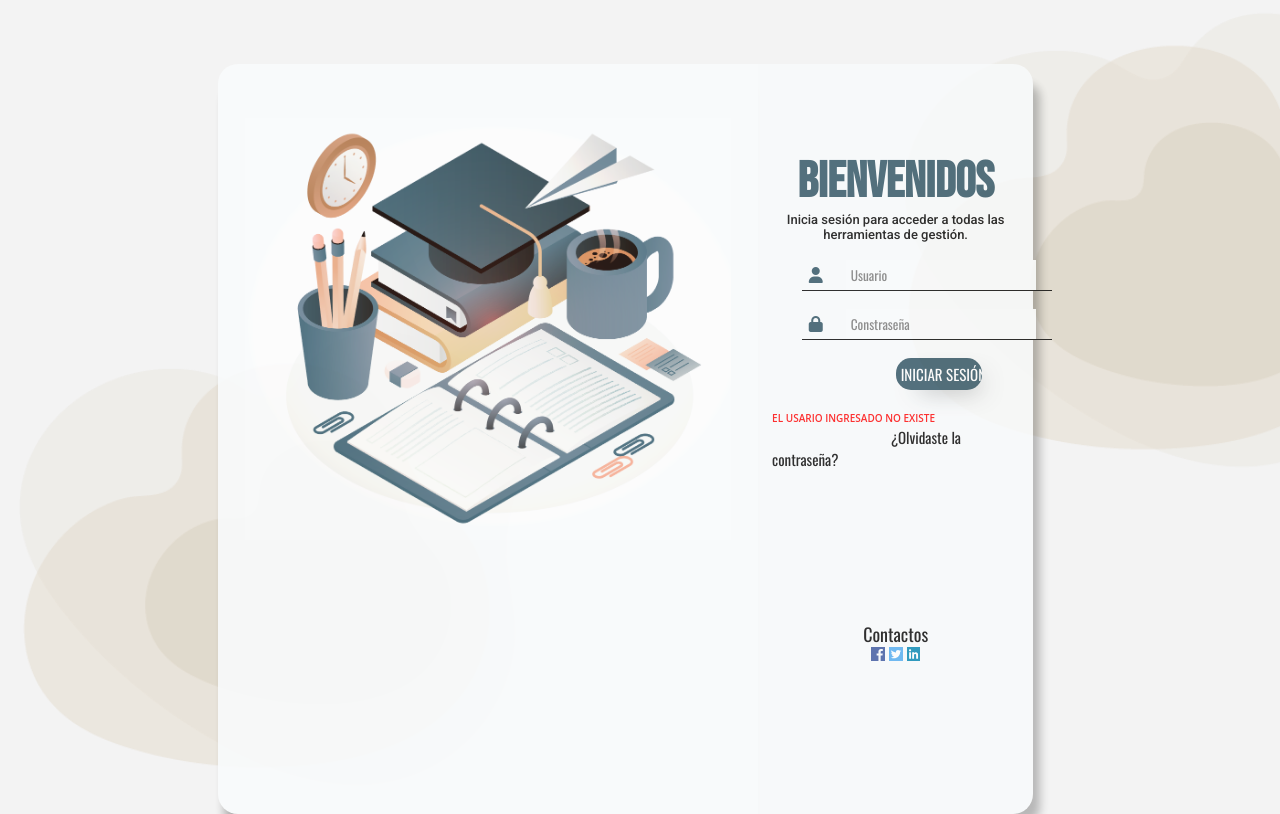
Repository: AlejandraBarrachina23/TPIntegrador_Barrachina_Java
Page: http://localhost/Alejandra_Barrachina_TP_Integrador1/login.jsp
An editor plug-in stored every save of this project. The page is shown before and after the next save, followed by the edit.
The browser window is 1280 px wide. The pictures show the whole page.
Some web fonts or font styles are not loaded; a fallback is used. Some web libraries are served in a nearby version. The page is served by Tomcat 9. Nobody is signed in. The application's start-up code is not run. Other server files are loaded and not shown.

Above is the page before, as saved 2019-12-05 17:15:33.

### Alejandra_Barrachina_TP_Integrador1/WebContent/login.jsp
<%@ page language="java" contentType="text/html; charset=ISO-8859-1"
    pageEncoding="ISO-8859-1"%>
 <%@page import="Dominio.Usuario"%>
<!DOCTYPE html>
<html>
<head>
<meta charset="ISO-8859-1">
<title>Sistema Universitario</title>
<link href="https://fonts.googleapis.com/css?family=Oswald:300,400&display=swap" rel="stylesheet">
<link href="https://fonts.googleapis.com/css?family=Staatliches&display=swap" rel="stylesheet">
<link href="https://fonts.googleapis.com/css?family=Fjalla+One&display=swap" rel="stylesheet">
<link href="https://fonts.googleapis.com/css?family=Bebas+Neue&display=swap" rel="stylesheet">
<link href="https://fonts.googleapis.com/css?family=Roboto:400,500&display=swap" rel="stylesheet">
<script src="https://kit.fontawesome.com/735f5623c2.js" crossorigin="anonymous"></script>
<link href="estilos.css" type="text/css" rel=stylesheet>
</head>
<body>
	<form id="form-login" method="post" action="serveletUsuario">
	<div id="form-login-left">
			<img src="img/fondo.png" alt="fondo-universidad">
		</div>
		<div id="form-login-right">
			<div id="login-informacion">
				<h1>Bienvenidos</h1>
				<p>Inicia sesión para acceder a todas las<br> herramientas de gestión.</p><br>
				<div class="text-box"><i class="fas fa-user"></i><input type="text" name="tboxUsuario" placeholder="Usuario" required></div><br>
				<div class="text-box"><i class="fas fa-lock"></i><input type="password" name="tboxContrasenia" placeholder="Constraseña" required></div><br>
				<input class="main-button" type="submit" name="btnLogin" value="INICIAR SESIÓN"><br><br>
				<label id="login-avisos">EL USARIO INGRESADO NO EXISTE</label>
				<a href="recuperacion.jsp">¿Olvidaste la contraseña?</a><br>
			</div>
			<div id="login-contacto">
				<p>Contactos</p>
				<a href="https://es-la.facebook.com/UTNRegionalPacheco/" target=_blank><img src="img/facebook.svg" class="iconos-redes" alt="logo-facebook"></a>
				<a href="https://twitter.com/utnfrgpprensa?lang=es" target=_blank><img src="img/twitter.svg" class="iconos-redes" alt="logo-facebook"></a>
				<a href="https://ar.linkedin.com/company/utn-frgp" target=_blank><img src="img/linkedin.svg" class="iconos-redes" alt="logo-facebook"></a>
			</div>
		</div>
	</form>
</body>
</html>

### Alejandra_Barrachina_TP_Integrador1/WebContent/estilos.css
@charset "ISO-8859-1";


* {
	padding:0px;
	margin:0px;
	border:0px;
}

body {
		background-color:#f3f3f3;
		background-image: url(iconos/fondo.png);
		background-repeat: no-repeat;
 		background-size: cover;

}


/*=============================================================
      FORMULARIO LOGIN
 ============================================================== */

 #error-404 {

 	background-color:#fff;
 	width:65;
 	height:750px;;
 	margin	: 5% 17%;
 	box-shadow: 0px 18px 10px -6px rgba(0,0,0,0.31);
 	text-align:center;
 	font-family: 'Francois One', sans-serif;
 	border-radius: 15px;

 }

 #error-404 a{

	color:black;

 }

  #error-404 img {

  width:70%;

  }

  #error-404 h2 {

  font-size:50px;
  }


  #login-avisos {

  	color:red;
  	text-align:center;
  }

 #form-login {

	width:65%;
 	margin	: 5% 17%;

}

#form-login-right, #form-login-left {


	height:750px;
	float:left;
	background-color:#F9FBFC;

}

#form-login-left {

	width:65%;
	border-top-left-radius: 20px;
	border-bottom-left-radius: 20px;
	box-shadow: 0px 18px 10px -6px rgba(0,0,0,0.31);
	opacity:0.9;
}

#form-login-left img {

	width:90%;
	padding	: 10% 5%;

}

#form-login-right {

	width:33%;
	border-top-right-radius: 20px;
	border-bottom-right-radius: 20px;
	box-shadow: 13px 14px 10px -6px rgba(0,0,0,0.31);
	opacity:0.8;

}


h1 {

		font-size:50px;
		font-family: 'Bebas Neue', cursive;
		color:#2C5060;
		margin-top:30%;
		text-align:center;
}

p, #form-login-right a {

	font-family: 'Roboto', sans-serif;
	font-weight: 500;
	font-size: 13px;
	color:black;
	text-align:center;
}

.text-box {

	border-bottom: 1px solid black;
	width:250px;
	text-align: center;
	margin-left:12%;
}

.text-box i {

	float:left;
	color: #2C5060;
	padding:7px;
}

#form-login-right [type="text"], #form-login-right [type="password"]{

	padding:5px;
	width:180px;
	border:none;
	outline:none;
	background-color:#FAFCFD;
	font-family: 'Oswald', sans-serif;

}

.main-button {

	background-color: #2C5060;
	color:white;
	width:35%;
	font-size:15px;
	border-style:none;
	padding:5px;
	border-radius: 15px;
	border: 0px solid #000000;
	box-shadow: 10px 10px 25px -13px rgba(0,0,0,0.75);
	font-family: 'Oswald', sans-serif;
	margin-left: 50%;

}

.main-button:hover {

	background-color: #1a6373;
}

.iconos-redes {

	width:5%;

}


#login-informacion {

	width:90%;
	padding:5%;

}


#login-informacion a{

	font-family: 'Oswald', sans-serif;
	font-size:15px;
	margin-left:48%;
}

#login-contacto{

	margin-top:50%;
	text-align:center;
}


#login-contacto p {

	font-size:18px;
	font-family: 'Oswald', sans-serif;

}

#login-recuperacion{

	padding-top:20%;
	text-align:center;

}

.restart-button{

	background-color: #2C5060;
	color:white;
	width:35%;
	font-size:15px;
	border-style:none;
	padding:5px;
	border-radius: 15px;
	border: 0px solid #000000;
	box-shadow: 10px 10px 25px -13px rgba(0,0,0,0.75);
	font-family: 'Oswald', sans-serif;

}

#form-advertencia {

	width:100%;
	text-align:center;
	margin-top:50%;
	color:#E16C78;
	font-family: 'Oswald', sans-serif;

}

.icono-advertencia{

	margin-top:15%;
	padding:2%;
	width:30%;
	margin: 0 auto;

}

#form-advertencia p {

	color:#E16C78;
	font-size: 15px;
}

.blue{

	color:#30A9E3;
}


 /*=======================
      FORMULARIO INDEX
 ========================= */

 .section-principal{

	float:left;
	height:1100px;
	width:90%;
	background-color:#f3f3f3;
	color:black;
	text-align:center;
	margin-left:10%;
}

.section-principal select {

	font-family: 'Oswald', sans-serif;
	border:1px solid black;
	margin:5px;
	padding:2px;
	color:black;
}

.section-principal input{

	width:15%;
	padding:5px;
	border:1px solid black;
	font-family: 'Oswald', sans-serif;
}

.section-principal label{

	font-size:18px;
	font-family: 'Oswald', sans-serif;

}

.section-principal a{

	color:black;

}


nav {

	background-color:#2C5060;
	font-family: 'Francois One', sans-serif;
	width:10%;
	height:950px;
	font-size:15px;
	float:left;
	position:fixed;

}

 ul {

	list-sytle: none;
	width:100%;
}

a {

	text-decoration:none;
	color:white;

}

li:hover {

	border-left: solid 4px #2896BC;
	background-color: #2F5866;
	transition: background-color 0.3s;
	transition: border 0.3s;

}

ul li {

	border-left: solid 4px #2C5060;
	font-family: 'Oswald', sans-serif;
	padding:15px;
	border-bottom: 1px solid #2D5C6D;


}

.icon{

	width:13%;
	padding-right:5px;

}


#icon-usuario{

	width:40%;
}

li .icon{

	float:left;

}


#user {

	width:100%;
	margin-top:40%;
	text-align:center;
	padding: 10% 0%;
	border-bottom: 1px solid #2D5C6D;

}

#user h2{

	color:#fff;

}

#user p, #header-user p {

	font-size:15px;
	color:#fff;
	padding:8px;
	font-family: 'Oswald', sans-serif;
}

 /*=======================
      FORMULARIO ALUMNOS
 ========================= */


#logo{

	width:30%;
	height:150px;
	border-bottom: 1px solid white;
	color:white;
	text-align:center;
	margin-top:30px;
}

#alumnos-principal {

	background-color:#fff;
	width:83%;
	margin-left: 200px;
	height:300px;
	box-shadow: 10px 10px 25px -13px rgba(0,0,0,0.75);

}

#form-agregar-usuario {

	background-color: white;
	width:95%;
	height:200px;
	margin:20px;
	padding:10px;
	box-shadow: 10px 10px 25px -13px rgba(0,0,0,0.75);
	display: none;


}

#form-listado-alumnos,#form-cursos,#form-listado-calificaciones {

	background-color: white;
	width:97%;
	height:970px;
	margin:20px;
	padding:10px;
	box-shadow: 10px 10px 25px -13px rgba(0,0,0,0.75);

}

#form-cursos{

	background-color:#f3f3f3;
	box-shadow: none;
}

#btn-flecha {

	background-image: url("iconos/flecha.png");
	background-repeat: no-repeat;
	width:25px;
	height:25px;
	background-color:#2C5060;
	border: 0;
	float:right;

}

.dato {

	float:left;
	margin: 10px;
	width:23%;


}

.dato input {

		width: 200px;
		background: #f3f3f3;
		font: inherit;
		box-shadow: 0 6px 10px 0 rgba(0, 0, 0 , .1);
		border: 0;
		outline: 0;
		padding: 8px;

}

.encabezados {

	background-color:#2C5060;
	color:white;
	padding:10px;
	margin:10px;
	font-family: 'Oswald', sans-serif;

}



h3 {

	display:inline;

}

label {

	color:#2C5060;
	font-family: 'Open Sans', sans-serif;
	font-weight: 600;
	font-size: 10px;
}

.flecha {

	float:right;
}

.content-table{

	border-collapse:collapse;
	margin:20px 10px;
	font-size:0.9em;
	width:99%;
	min-width:600px;
	box-shadow: 7px 9px 23px -13px rgba(0,0,0,0.93);
	font-family: 'Roboto', sans-serif;

}

.content-table-cursos{

	border-collapse:collapse;
	margin:20px 10px;
	font-size:0.9em;
	width:50%;
	min-width:600px;
	box-shadow: 7px 9px 23px -13px rgba(0,0,0,0.93);
	font-family: 'Roboto', sans-serif;
}

.content-table th, .content-table-cursos {

	background-color:#2C5060;
	color:white;
	font-weight: 600;
	padding:12px;



}

.content-table tr,
.content-table td {

	padding:5px 5px;

}

.content-table td {

	border-bottom: 1px solid #dddddd;

}

.content-table tr:nth-of-type(even) {

	background-color:#f3f3f3;

}

.content-table tr:last-of-type {

	border-bottom: 3px solid #2C5060;

}

.content-table-cursos .content-fileter{

	width:50%;

}

.content-filter {

	background-color:#f3f3f3;
	width:100%;
	text-align:center;
	padding:10px;


}

.pie-pagina{

	float:left;
	margin-top:20px;
	text-align:right;
	width:100%;
}

 /*=======================
      FORMULARIO ALUMNOS
 ========================= */

#section-index{

	float:left;
	height:900px;
	width:100%;
	margin:1px 1px;
	text-align:center;

}

#index-encabezado{

	background-color:#2C5060;
	text-align:center;
	height:295px;
	width:100%;

}

#section-index img {

	width:50%;

}

#index-descripcion {

	box-shadow: 10px 10px 25px -13px rgba(0,0,0,0.75);
	font-family: 'Roboto', sans-serif;
	background-color:#fff;
}


#index-descripcion-encabezado{

	text-align:center;
	background-color:#fff;

}

#index-descripcion-encabezado img{

	width:50%;

}

#index-descripcion-encabezado h2{

	font-size:50px;
	font-family: 'Francois One', sans-serif;
	color:#2C5060;

}

#index-descripcion-encabezado p{

	font-size:15px;
	font-family: 'Francois One', sans-serif;
	color:#2C5060;

}

#index-descripcion-contenido{

	text-align:center;
	height:430px;
	padding-left:220px;
}

#index-descripcion-contenido-profesores{


	height:430px;
	width:100%;


}

#index-descripcion-contenido-profesores .index-item-descripcion{

	width:18%;
	height:300px;
	float:left;
	margin-left:40%;

}

.index-item-descripcion {

	width:18%;
	height:300px;
	float:left;
	margin:30px;

}

.index-item-descripcion img {

	width:40%;
	padding:0% 20%;
	margin:0% 5%;
}

.index-item-descripcion h3 {

	font-size:25px;
	font-family: 'Oswald', sans-serif;

}

.index-item-descripcion p {

	font-size:15px;

}

.btn-index {

	padding:10px;
	margin:10px 38px;
	background-color: #2C5060;
	font-family: 'Oswald', sans-serif;
	font-size:20px;
	color:#fff;
	width:60%;
	box-shadow: 10px 10px 25px -13px rgba(0,0,0,0.75);
	float:left;
	text-align:center;

}

.modal-fondo {

	background: rgba(0,0,0,0.3);
	position:fixed;
	top:0;
	bottom:0;
	left:0;
	right:0;
	display:flex;
	align-items:center;
	justify-content:center;
	visibility:hidden;

}

.modal-fondo.active{

	visibility:visible;
}

.modal-contenido {

	background-color:#fff;
	box-shadow: 10px 10px 25px -13px rgba(0,0,0,0.75);
	width:20%;
	border: 3px solid #2C5060;
	padding-bottom: 15px;
}

.modal-contenido .btn-modal {

	width:30%;
	color:white;
	background-color: #2C5060;
	font-size:20px;
	padding:5px;
	margin:5px;

}

.modal-contenido [type="text"] {

	width:70%;
	font-size: 13px;
	margin-bottom:15px;

}

.modal-contenido h3 {

	font-size: 20px;
	font-family: 'Oswald', sans-serif;
	background-color:#2C5060;
	display:block;
	color:#fff;
	padding:8px;

}

.modal-contenido label {

	font-size: 15px;
	font-family: 'Roboto', sans-serif;
}

.modal-contenido select, .modal-contenido [type="date"], .modal-contenido [type="email"], .modal-contenido [type="number"] {

	font-family: 'Oswald', sans-serif;
	border:1px solid black;
	margin:5px;
	padding:2px;
	width:74%;
	padding:1%;
	color:black;

}

.modal-contenido [type="date"], .modal-contenido [type="email"], .modal-contenido [type="number"]{

	width:71%;

}

.opciones {

	color:black;
	background-color:#fff;

}

.btnFormulario {

	width:12%;
	padding:10px;
	font-size: 15px;
	font-family: 'Oswald', sans-serif;
	border-radius: 8px;
	background-color:#2C5060;
	color:white;
	float:right;
	border:0;
	margin:8px;
}

td .btn-modificar {

	width:22%;
	height:32px;
	background-image:url(iconos/modificar.png);
	background-repeat: no-repeat;
	border:none;
	background-color:inherit;
}

td .btn-eliminar {

	width:22%;
	height:32px;
	background-image:url(iconos/borrar.png);
	background-repeat: no-repeat;
	border:none;
	background-color:inherit;

}

td .btn-mostrar {

	width:12%;
	height:32px;
	background-color:blue;
	background-image:url(iconos/mostrar.png);
	background-repeat: no-repeat;
	border:none;
	background-color:inherit;
}

td .btn-calificaciones {

	width:12%;
	height:32px;
	background-image:url(iconos/notas.png);
	background-repeat: no-repeat;
	border:none;
	background-color:inherit;
}

/*=============================================================
      FORMULARIO CURSOS
 ============================================================== */

#form-curso-izquierda{

	background-color: #fff;
	width:38%;
	float:left;
	color:black;
	padding:0px 5%;
	box-shadow: 10px 10px 25px -13px rgba(0,0,0,0.75);
}

#form-curso-derecha{

	width:38%;
	float:left;
	box-shadow: 10px 10px 25px -13px rgba(0,0,0,0.75);
	padding:5px 5%;
	margin-left:2%;
	background-color:#fff;

}

#form-curso-izquierda [type="text"], #form-curso-izquierda select{

	padding:5px;
	width:180px;
	background-color:#FAFCFD;
	font-family: 'Roboto', sans-serif;
	font-size: 12px;
	color:black;

}

#form-curso-izquierda label {

	font-size:18px;
	display: block;
	witdh:20px;
}

.form-cursos-encabezado-izquierda{

	background-color: #2C5060;
	width:100%;
	margin: 20px 0px;
	padding:1px;


}

.form-cursos-encabezado-izquierda h2{

	color:white;
	padding:2px;
	font-family: 'Oswald', sans-serif;
}

#form-curso-derecha #listado-alumnos {

	text-align:center;
	width:100%;

}

#form-curso-derecha #listado-alumnos li {

	font-size:15px;
	padding:0;
	width:20%;
	border:none;
	background-color:none;
	margin-left:40%;
	list-style: none;



}

#form-curso-derecha #listado-alumnos li:hover {

	background-color:white;
}

/*=============================================================
      FORMULARIO CALIFICACIONES
 ============================================================== */

.busqueda-califaciones{

	width:98%;
	margin:1%;
	box-shadow: 0px 18px 10px -6px rgba(0,0,0,0.31);
	background-color:#fff;
	padding-bottom:2%;

}

.busqueda-califaciones h2{

	width:99%;
	background-color:blue;
	color:#fff;
	background-color:#2C5060;
	font-family: 'Oswald', sans-serif;
	padding:0.5%;
	margin-bottom:1%;

}

#form-listado-calificaciones h2{

	color:#fff;
	background-color:#2C5060;
	font-family: 'Oswald', sans-serif;
	width:99%;
	padding:0.5%;

}


/*=============================================================
      FORMULARIO REPORTES
 ============================================================== */


#form-reportes{

	background-color: #f3f3f3;
	width:97%;
	height:970px;
	margin:20px;
	padding:10px;

}

#form-reportes-fila-uno{

	width:85%;
	height:250px;
	padding-left: 15%;

}

.fila-uno-items{

	width:15%;
	height:190px;
	float:left;
	margin:1%;
	box-shadow: 0px 18px 10px -6px rgba(0,0,0,0.31);
	background-color:#fff;
	padding:1%;
	border-radius:10px;

}

.fila-uno-items img {

	width:40%;
	padding:3%;


}

.fila-uno-items h2 {

	font-family: 'Oswald', sans-serif;
	font-size:20px;

}

.fila-uno-items p {

	font-size:25px;
	font-family: 'Francois One', sans-serif;
	color:#2C5060;

}

.fila-uno-items-pie{

	padding:2%;
	margin-left:25%;
}

.fila-uno-items-pie img {

	width:12%;
	float:left;
}


.fila-uno-items-pie p {

	font-size:20px;
	float:left;

}

#form-reportes-fila-dos{

	width:100%;
	margin-top:3%;
	height:500px;


}

.form-reportes-graficos{

	width:25%;
	background-color:#fff;
	float:left;
	box-shadow: 0px 18px 10px -6px rgba(0,0,0,0.31);
	margin:3% 1%;
	padding:3%;
	border-radius:5px;
}

.form-reportes-graficos h3 {

	font-family: 'Oswald', sans-serif;
	margin:5%;
}

#form-reportes-fila-dos h2, #form-reportes-fila-tres h2{

	font-family: 'Oswald', sans-serif;
	background-color:#2C5060;
	color:white;
	width:99.5%;
	padding:0.5%;

}

.fila-uno-items-pie{

	border-top: 1px solid #f3f3f3;

}

#form-reportes-fila-tres {

	width:100%;
	heigth:300px;

}

.reporte-fila-tres-promedio{

	width:39%;
	float:left;
	text-align:center;
	margin:0.5%;
	background-color:#fff;
	box-shadow: 0px 18px 10px -6px rgba(0,0,0,0.31);
	padding:0.5% 5%;

}

.reporte-fila-tres-promedio h3{

	font-family: 'Oswald', sans-serif;
}

#form-reportes-fila-tres .content-table {

	width:100%;
	float:left;
	padding:20px;
	margin:3% 6%;

}

.resultado-busqueda{

	width:98%;
	heigth:500px;
	background-color:#fff;
	overflow:hidden;
	margin-left:1%;
}

.resultado-busqueda-asistencias{

	width:98%;
	heigth:500px;
	overflow:hidden;
	margin-left:1%;

}

.tabla-resultado-busqueda{

	width:60%;
	float:left;
	margin: 1% 20%;

}

.resultado-busqueda-asistencias .tabla-resultado-busqueda{

	width:30%;
	float:left;
	margin: 1% 20%;
}


.titulos {

	background-color:#2C5060;
	color:#fff;
	padding:0.5%;
	font-family: 'Oswald', sans-serif;

}

.form-reportes-graficos-asistencias{

	width:30%;
}


.form-reportes-graficos-asistencias h3{

	font-family: 'Oswald', sans-serif;
}

.resultado-busqueda-asistencias .graficos-resultado-busqueda .form-reportes-graficos-asistencias{

	margin-left:35%;
	margin-top:1%;
}

.resultado-busqueda-asistencias .tabla-resultado-busqueda{

	margin-left:32%;
	margin-top:1%;
}

### Alejandra_Barrachina_TP_Integrador1/WebContent/img/facebook.svg
<?xml version="1.0" encoding="iso-8859-1"?>
<!-- Generator: Adobe Illustrator 18.0.0, SVG Export Plug-In . SVG Version: 6.00 Build 0)  -->
<!DOCTYPE svg PUBLIC "-//W3C//DTD SVG 1.1//EN" "http://www.w3.org/Graphics/SVG/1.1/DTD/svg11.dtd">
<svg version="1.1" id="Capa_1" xmlns="http://www.w3.org/2000/svg" xmlns:xlink="http://www.w3.org/1999/xlink" x="0px" y="0px"
	 viewBox="0 0 455.73 455.73" style="enable-background:new 0 0 455.73 455.73;" xml:space="preserve">
<path style="fill:#3A559F;" d="M0,0v455.73h242.704V279.691h-59.33v-71.864h59.33v-60.353c0-43.893,35.582-79.475,79.475-79.475
	h62.025v64.622h-44.382c-13.947,0-25.254,11.307-25.254,25.254v49.953h68.521l-9.47,71.864h-59.051V455.73H455.73V0H0z"/>
<g>
</g>
<g>
</g>
<g>
</g>
<g>
</g>
<g>
</g>
<g>
</g>
<g>
</g>
<g>
</g>
<g>
</g>
<g>
</g>
<g>
</g>
<g>
</g>
<g>
</g>
<g>
</g>
<g>
</g>
</svg>

### Alejandra_Barrachina_TP_Integrador1/WebContent/img/twitter.svg
<?xml version="1.0" encoding="iso-8859-1"?>
<!-- Generator: Adobe Illustrator 18.0.0, SVG Export Plug-In . SVG Version: 6.00 Build 0)  -->
<!DOCTYPE svg PUBLIC "-//W3C//DTD SVG 1.1//EN" "http://www.w3.org/Graphics/SVG/1.1/DTD/svg11.dtd">
<svg version="1.1" id="Capa_1" xmlns="http://www.w3.org/2000/svg" xmlns:xlink="http://www.w3.org/1999/xlink" x="0px" y="0px"
	 viewBox="0 0 455.731 455.731" style="enable-background:new 0 0 455.731 455.731;" xml:space="preserve">
<g>
	<rect x="0" y="0" style="fill:#50ABF1;" width="455.731" height="455.731"/>
	<path style="fill:#FFFFFF;" d="M60.377,337.822c30.33,19.236,66.308,30.368,104.875,30.368c108.349,0,196.18-87.841,196.18-196.18
		c0-2.705-0.057-5.39-0.161-8.067c3.919-3.084,28.157-22.511,34.098-35c0,0-19.683,8.18-38.947,10.107
		c-0.038,0-0.085,0.009-0.123,0.009c0,0,0.038-0.019,0.104-0.066c1.775-1.186,26.591-18.079,29.951-38.207
		c0,0-13.922,7.431-33.415,13.932c-3.227,1.072-6.605,2.126-10.088,3.103c-12.565-13.41-30.425-21.78-50.25-21.78
		c-38.027,0-68.841,30.805-68.841,68.803c0,5.362,0.617,10.581,1.784,15.592c-5.314-0.218-86.237-4.755-141.289-71.423
		c0,0-32.902,44.917,19.607,91.105c0,0-15.962-0.636-29.733-8.864c0,0-5.058,54.416,54.407,68.329c0,0-11.701,4.432-30.368,1.272
		c0,0,10.439,43.968,63.271,48.077c0,0-41.777,37.74-101.081,28.885L60.377,337.822z"/>
</g>
<g>
</g>
<g>
</g>
<g>
</g>
<g>
</g>
<g>
</g>
<g>
</g>
<g>
</g>
<g>
</g>
<g>
</g>
<g>
</g>
<g>
</g>
<g>
</g>
<g>
</g>
<g>
</g>
<g>
</g>
</svg>

### Alejandra_Barrachina_TP_Integrador1/WebContent/img/linkedin.svg
<?xml version="1.0" encoding="iso-8859-1"?>
<!-- Generator: Adobe Illustrator 18.0.0, SVG Export Plug-In . SVG Version: 6.00 Build 0)  -->
<!DOCTYPE svg PUBLIC "-//W3C//DTD SVG 1.1//EN" "http://www.w3.org/Graphics/SVG/1.1/DTD/svg11.dtd">
<svg version="1.1" id="Capa_1" xmlns="http://www.w3.org/2000/svg" xmlns:xlink="http://www.w3.org/1999/xlink" x="0px" y="0px"
	 viewBox="0 0 455.731 455.731" style="enable-background:new 0 0 455.731 455.731;" xml:space="preserve">
<g>
	<rect x="0" y="0" style="fill:#0084B1;" width="455.731" height="455.731"/>
	<g>
		<path style="fill:#FFFFFF;" d="M107.255,69.215c20.873,0.017,38.088,17.257,38.043,38.234c-0.05,21.965-18.278,38.52-38.3,38.043
			c-20.308,0.411-38.155-16.551-38.151-38.188C68.847,86.319,86.129,69.199,107.255,69.215z"/>
		<path style="fill:#FFFFFF;" d="M129.431,386.471H84.71c-5.804,0-10.509-4.705-10.509-10.509V185.18
			c0-5.804,4.705-10.509,10.509-10.509h44.721c5.804,0,10.509,4.705,10.509,10.509v190.783
			C139.939,381.766,135.235,386.471,129.431,386.471z"/>
		<path style="fill:#FFFFFF;" d="M386.884,241.682c0-39.996-32.423-72.42-72.42-72.42h-11.47c-21.882,0-41.214,10.918-52.842,27.606
			c-1.268,1.819-2.442,3.708-3.52,5.658c-0.373-0.056-0.594-0.085-0.599-0.075v-23.418c0-2.409-1.953-4.363-4.363-4.363h-55.795
			c-2.409,0-4.363,1.953-4.363,4.363V382.11c0,2.409,1.952,4.362,4.361,4.363l57.011,0.014c2.41,0.001,4.364-1.953,4.364-4.363
			V264.801c0-20.28,16.175-37.119,36.454-37.348c10.352-0.117,19.737,4.031,26.501,10.799c6.675,6.671,10.802,15.895,10.802,26.079
			v117.808c0,2.409,1.953,4.362,4.361,4.363l57.152,0.014c2.41,0.001,4.364-1.953,4.364-4.363V241.682z"/>
	</g>
</g>
<g>
</g>
<g>
</g>
<g>
</g>
<g>
</g>
<g>
</g>
<g>
</g>
<g>
</g>
<g>
</g>
<g>
</g>
<g>
</g>
<g>
</g>
<g>
</g>
<g>
</g>
<g>
</g>
<g>
</g>
</svg>

After the next save:
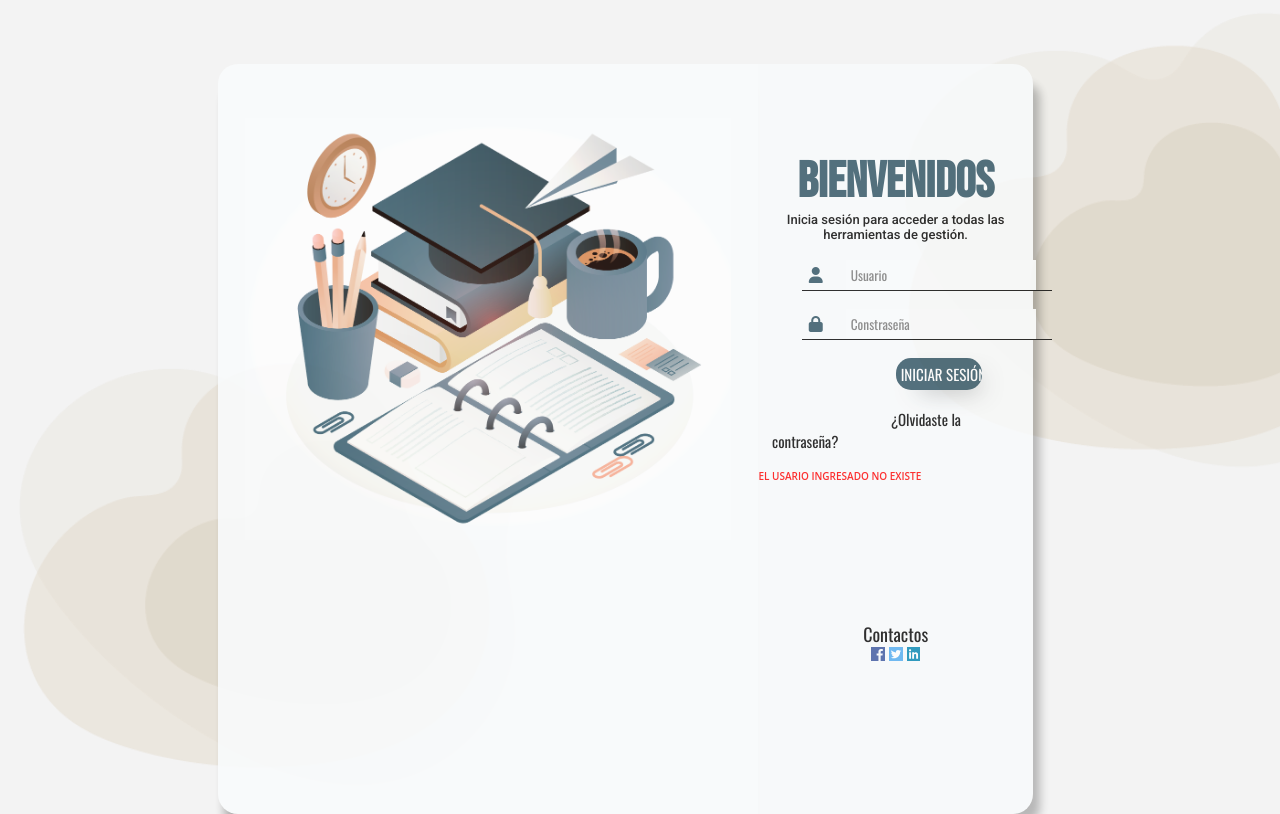
Saved 42 s later.
--- a/Alejandra_Barrachina_TP_Integrador1/WebContent/login.jsp
+++ b/Alejandra_Barrachina_TP_Integrador1/WebContent/login.jsp
@@ -26,9 +26,9 @@
 				<div class="text-box"><i class="fas fa-user"></i><input type="text" name="tboxUsuario" placeholder="Usuario" required></div><br>
 				<div class="text-box"><i class="fas fa-lock"></i><input type="password" name="tboxContrasenia" placeholder="Constraseña" required></div><br>
 				<input class="main-button" type="submit" name="btnLogin" value="INICIAR SESIÓN"><br><br>
-				<label id="login-avisos">EL USARIO INGRESADO NO EXISTE</label>
 				<a href="recuperacion.jsp">¿Olvidaste la contraseña?</a><br>
 			</div>
+			<label id="login-avisos">EL USARIO INGRESADO NO EXISTE</label>
 			<div id="login-contacto">
 				<p>Contactos</p>
 				<a href="https://es-la.facebook.com/UTNRegionalPacheco/" target=_blank><img src="img/facebook.svg" class="iconos-redes" alt="logo-facebook"></a>
